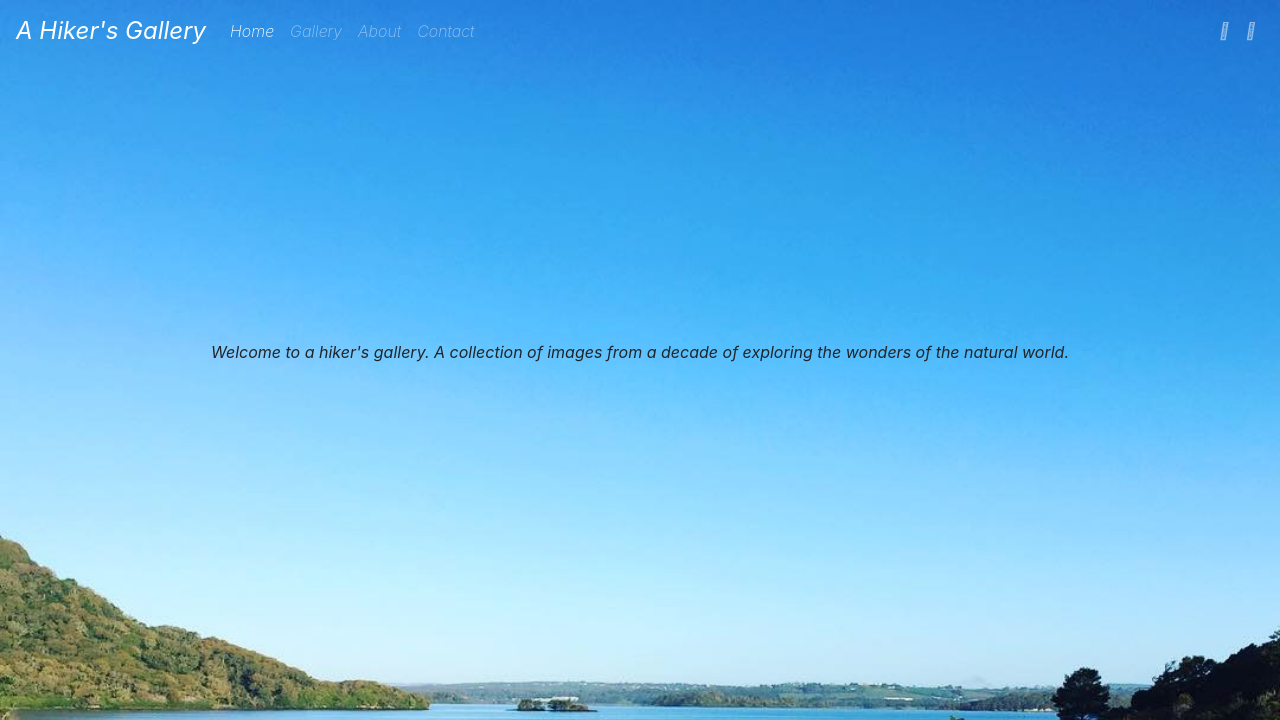
Repository: S-Perring/hiker
Page: index.html
The author's editor kept a record of every edit. The page is drawn from the files as they stood at one moment, then again after the next edit.
The browser window is 1280 px wide. The pictures show the whole page.

Above is the page before.

After the next edit:
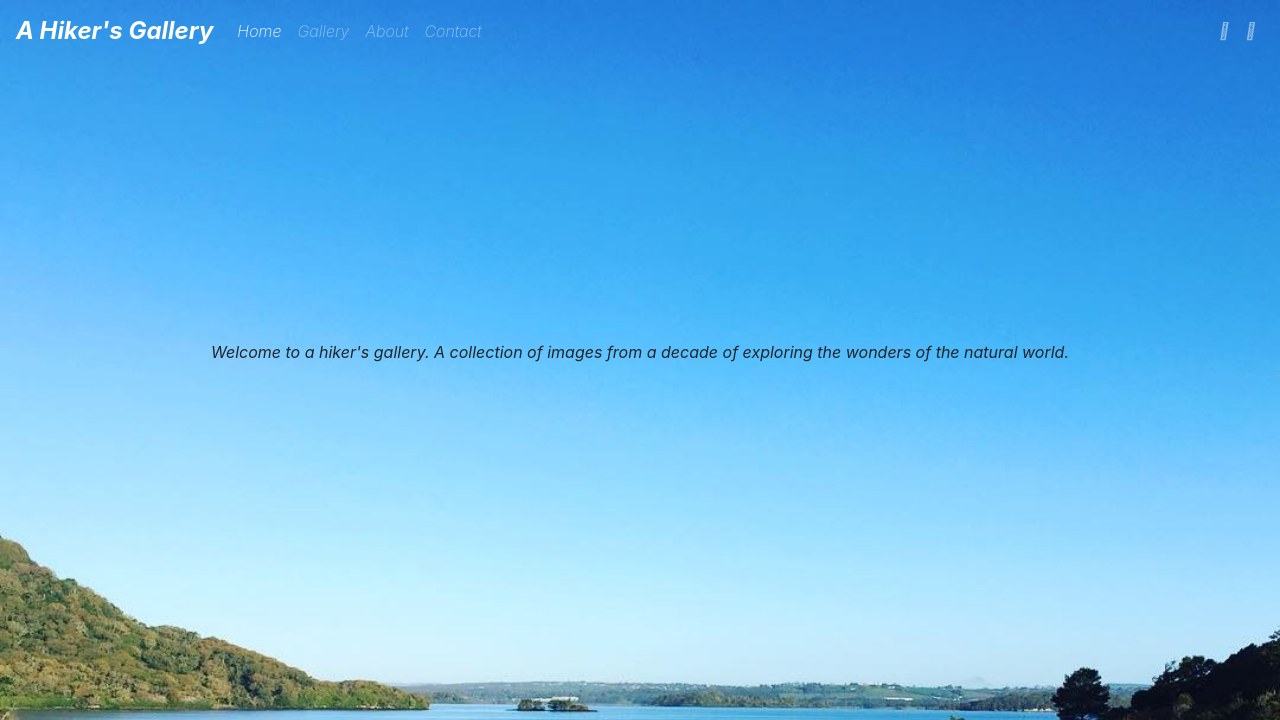
The edit:
--- a/css/style.css
+++ b/css/style.css
@@ -29,8 +29,8 @@
 
 
 .navbar-brand {
+    font: 'Palatino';
     font-size: x-large;
-    font-weight: lighter;
     font-style: italic;
     color: #f0ece1;
 }
